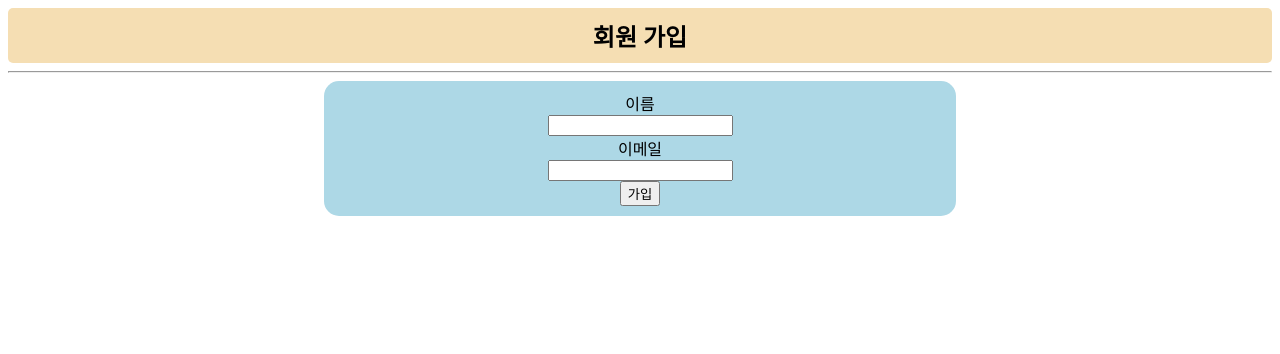
Repository: ineble/demo1
Page: test/src/main/webapp/ch03/regfrom1.html
These files come from the project's save history. The page is drawn as it stood at one moment and after the next save; the edit follows.
The browser window is 1280 px wide. The pictures show the whole page.

Above is the page before, as saved 2022-08-02 15:36:11.

### test/src/main/webapp/ch03/regfrom1.html
<!DOCTYPE html>
<html>
<head>
<meta charset="utf-8">
<title>Insert title here</title>
<style type="text/css">
	h2 {
	text-align: center;
	width : 100%;
	padding : 10px 0px;
	border-radius : 5px;
	background-color:  wheat;
	margin : auto;
	}
	#regform{
		text-align: center;
		background-color: lightblue;
		width : 50%;
		border-radius : 15px;
		margin : auto;
		padding : 10px 0px;
	}
</style>
</head>
<body>
	<h2>회원 가입</h2>
	<hr>
	<div id="regform">
	<label>이름</label> <br>
	<input type="text" name="name"> <br>
	<label>이메일</label> <br>
	<input type="email" name="email"> <br>
	<input type="button" value="가입" onclick="join()">
	</div>
</body>
</html>

After the next save:
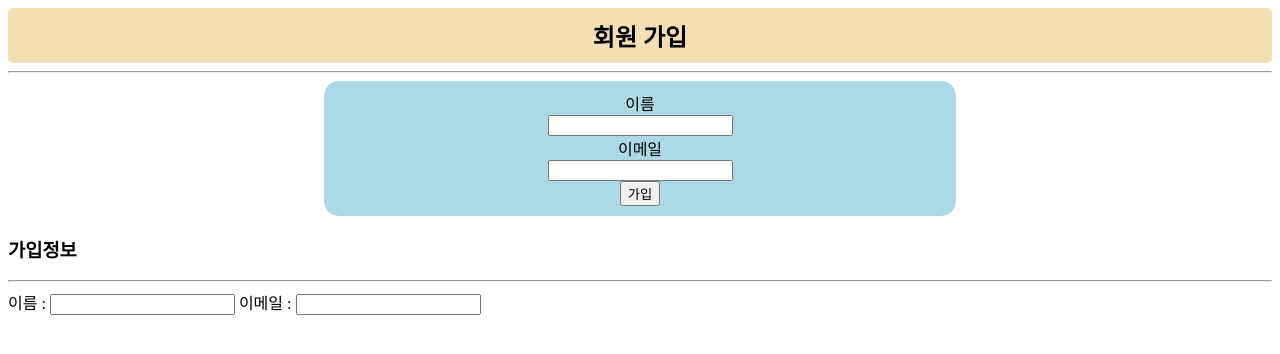
Saved 70 s later.
--- a/test/src/main/webapp/ch03/regfrom1.html
+++ b/test/src/main/webapp/ch03/regfrom1.html
@@ -21,6 +21,8 @@
 		padding : 10px 0px;
 	}
 </style>
+
+
 </head>
 <body>
 	<h2>회원 가입</h2>
@@ -32,5 +34,12 @@
 	<input type="email" name="email"> <br>
 	<input type="button" value="가입" onclick="join()">
 	</div>
+	<div>
+	<h3>가입정보</h3>
+	<hr>
+	이름 : <input type="text" name="rname">
+	이메일 : <input type="text" name="rname">
+	</div>
+
 </body>
 </html>

After the 4 saves that followed:
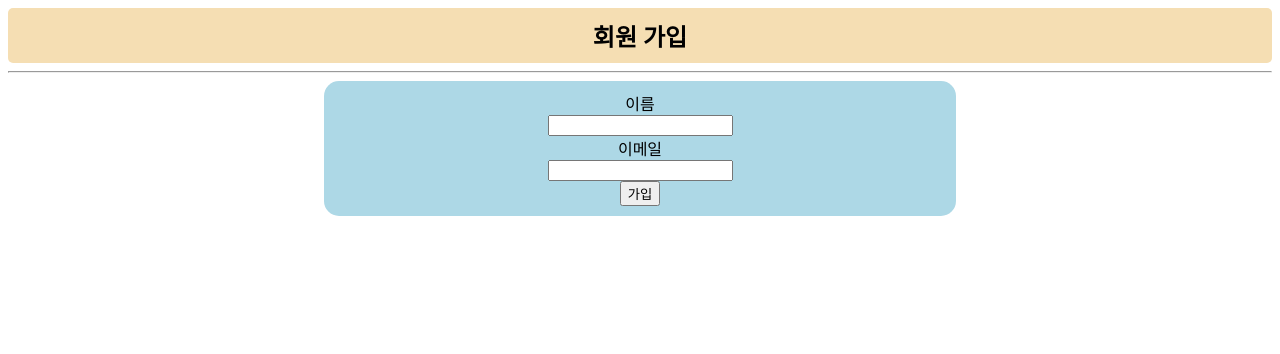
The 4 saves are shown as one change because 3 left the picture as it was.
The last was saved 105 s later.
--- a/test/src/main/webapp/ch03/regfrom1.html
+++ b/test/src/main/webapp/ch03/regfrom1.html
@@ -34,12 +34,15 @@
 	<input type="email" name="email"> <br>
 	<input type="button" value="가입" onclick="join()">
 	</div>
-	<div>
+	<div id="detail">
 	<h3>가입정보</h3>
 	<hr>
 	이름 : <input type="text" name="rname">
-	이메일 : <input type="text" name="rname">
+	이메일 : <input type="email" name="remail">
 	</div>
+<script type="text/javascript">
+	document.getElementById("detail").style.display = "none";
+</script>
 
 </body>
 </html>
